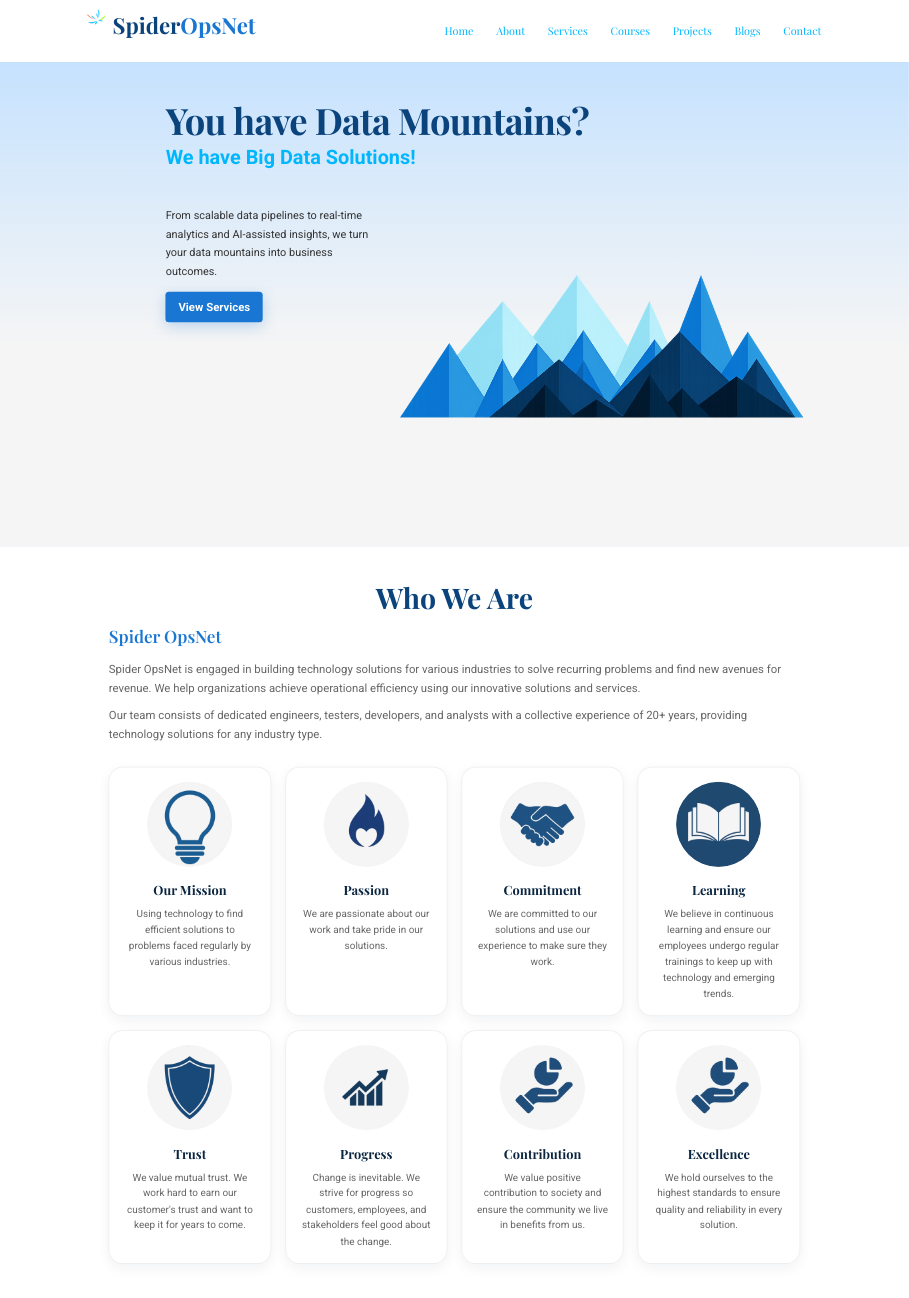
Repository: Yeshwanth-189/spiderOpsNet
Page: / (app in spideropsnet-frontend/)
These files come from the project's save history. The page is drawn as it stood at one moment and after the next save; the edit follows.
The browser window is 1280 px wide. The pictures show the whole page, at 71% of full size.
The project was rebuilt for these pictures with package versions that can differ from the ones it lists, and the page was loaded fresh each time. Also part of the build but not shown: spideropsnet-frontend/vite.config.js.

Above is the page before, as saved 2025-09-04 17:10:46.

### spideropsnet-frontend/index.html
<!DOCTYPE html>
<html lang="en">
  <head>
    <meta charset="UTF-8" />
    <link rel="icon" type="image/svg+xml" href="/spideropsnet.svg" />
    <link
      href="https://fonts.googleapis.com/css2?family=Playfair+Display:wght@400;600;700&family=Roboto:wght@400;500;700&display=swap"
      rel="stylesheet"
    />
    <meta name="viewport" content="width=device-width, initial-scale=1.0" />
    <title>SpiderOpsNet</title>
  </head>
  <body>
    <div id="root"></div>
    <script type="module" src="/src/main.jsx"></script>
  </body>
</html>

### spideropsnet-frontend/src/App.jsx
import "./App.css";
import SpiderOpsNet from "./components/SpiderOpsNet";
import { BrowserRouter as Router, Routes, Route } from "react-router-dom";

function App() {
  return (
    <>
      <Router>
        <Routes>
          <Route path="/" element={<SpiderOpsNet />} />
          {/* <Route path="/overview" element={<Overview />} />
          <Route path="/profession" element={<Profession />} />
          <Route path="/projects" element={<Project />} />
          <Route path="/education" element={<Education />} />
          <Route path="/skills" element={<Skills />} />
          <Route path="/achievements" element={<Awards />} /> */}
        </Routes>
      </Router>
    </>
  );
}

export default App;

### spideropsnet-frontend/src/App.css
:root {
  /* Brand Colors */
  --color-primary: #0b437c; /* Dark Navy Blue */
  --color-secondary: #00b6fd; /* Professional Light Blue */

  /* Backgrounds */
  --color-bg: #ffffff;
  --color-bg-light: #f5f5f5;

  /* Neutral Grays */
  --color-gray-dark: #333333;
  --color-gray-mid: #666666;
  --color-gray-light: #f5f5f5;

  /* Status Colors */
  --color-success: #2e7d32;
  --color-warning: #ed6c02;
  --color-error: #d32f2f;

  /* Typography */
  --font-heading: "Playfair Display", serif;
  --font-body: "Roboto", sans-serif;

  /* Font Sizes (scalable for responsive design) */
  --text-h1: 2.5rem;
  --text-h2: 2rem;
  --text-h3: 1.5rem;
  --text-body: 1rem;
  --text-small: 0.875rem;

  /* Spacing (consistent padding/margin system) */
  --space-xs: 4px;
  --space-sm: 8px;
  --space-md: 16px;
  --space-lg: 24px;
  --space-xl: 32px;

  /* Border Radius */
  --radius-sm: 4px;
  --radius-md: 8px;
  --radius-lg: 16px;

  /* Shadows */
  --shadow-sm: 0 1px 2px rgba(0, 0, 0, 0.05);
  --shadow-md: 0 4px 6px rgba(0, 0, 0, 0.1);
  --shadow-lg: 0 10px 15px rgba(0, 0, 0, 0.15);
}

html,
body {
  margin: 0;
  padding: 0;
}
* {
  box-sizing: border-box;
}
/* Base Typography */
body {
  font-family: var(--font-body);
  font-size: var(--text-body);
  color: var(--color-gray-dark);
  background-color: var(--color-bg);
  margin: 0;
  padding: 0;
}

h1,
h2,
h3,
h4,
h5,
h6 {
  font-family: var(--font-heading);
  color: var(--color-primary);
  margin: 0 0 var(--space-md);
}

p {
  margin: 0 0 var(--space-md);
  color: var(--color-gray-mid);
}

### spideropsnet-frontend/src/components/SpiderOpsNet.jsx
import React from "react";
import Hero from "../components/Hero";
import NavBar from "../components/NavBar";
import About from "../components/About";
// import Experience from "../components/Experience";
// import Communications from "../components/Communications";
import "../styles/SpiderOpsNet.css";

function SpiderOpsNet() {
  return (
    <>
      <NavBar />
      <Hero />
      <About />
      {/* <Experience />
      <Communications /> */}
    </>
  );
}

export default SpiderOpsNet;

### spideropsnet-frontend/src/components/Hero.jsx
import React from "react";
import "../styles//Hero.css";
import DataMountains from "../assets/DataMountains.png";
// eslint-disable-next-line no-unused-vars
import { motion, useReducedMotion } from "framer-motion";

export default function Hero({
  title = "You have Data Mountains?",
  subtitle = "We have Big Data Solutions!",
  paragraph = "From scalable data pipelines to real-time analytics and AI-assisted insights, we turn your data mountains into business outcomes.",
  ctaText = "View Services",
  onCtaClick = () => {},
  imageAlt = "Abstract mountain range representing big data layers",
}) {
  const prefersReducedMotion = useReducedMotion();

  const initial = prefersReducedMotion ? { opacity: 0 } : { opacity: 0, y: 40 };
  const animate = prefersReducedMotion ? { opacity: 1 } : { opacity: 1, y: 0 };
  const transition = prefersReducedMotion
    ? { duration: 0.6, ease: "easeOut" }
    : { duration: 0.9, ease: "easeOut" };
  return (
    <motion.section
      className="hero"
      aria-label="Data Solutions Hero"
      initial={initial}
      animate={animate}
      transition={transition}
    >
      <header className="hero__header">
        <h1 className="hero__title">{title}</h1>
        <h1 className="hero__subtitle">{subtitle}</h1>
      </header>

      <div className="hero__left">
        <p className="hero__paragraph">{paragraph}</p>
        <button className="hero__cta" onClick={onCtaClick} aria-label={ctaText}>
          {ctaText}
        </button>
      </div>

      <figure className="hero__right">
        <img
          className="hero__image"
          src={DataMountains}
          alt={imageAlt}
          loading="eager"
        />
      </figure>
    </motion.section>
  );
}

### spideropsnet-frontend/src/components/NavBar.jsx
import React, { useState } from "react";
import { Link } from "react-router-dom";
import "../styles/NavBar.css";
import SpiderOpsNet from "../assets/SpiderOpsNet.png";

function Navbar() {
  const [isOpen, setIsOpen] = useState(false);

  return (
    <nav className="navbar">
      <div className="navbar-grid">
        <div className="col-1" />

        <div className="col-2to11 navbar-content">
          <div className="navbar-logo">
            <img
              alt="logo"
              className="navbar-logo-image"
              src={SpiderOpsNet}
            ></img>
            <h2>
              <span className="primary"></span>Spider
              <span className="secondary">OpsNet</span>
            </h2>
            <div className="hamburger" onClick={() => setIsOpen(!isOpen)}>
              <span className={isOpen ? "bar rotate-top" : "bar"}></span>
              <span className={isOpen ? "bar fade" : "bar"}></span>
              <span className={isOpen ? "bar rotate-bottom" : "bar"}></span>
            </div>
          </div>

          {/* Links */}
          <div className={`navbar-links ${isOpen ? "open" : ""}`}>
            <Link to="/Home" onClick={() => setIsOpen(false)}>
              Home
            </Link>
            <Link to="/About" onClick={() => setIsOpen(false)}>
              About
            </Link>
            <Link to="/Services" onClick={() => setIsOpen(false)}>
              Services
            </Link>
            <Link to="/Courses" onClick={() => setIsOpen(false)}>
              Courses
            </Link>
            <Link to="/Projects" onClick={() => setIsOpen(false)}>
              Projects
            </Link>
            <Link to="/Blogs" onClick={() => setIsOpen(false)}>
              Blogs
            </Link>
            <Link to="/Contact" onClick={() => setIsOpen(false)}>
              Contact
            </Link>
          </div>
        </div>

        <div className="col-12" />
      </div>
    </nav>
  );
}

export default Navbar;

### spideropsnet-frontend/src/components/About.jsx
import React from "react";
// eslint-disable-next-line no-unused-vars
import { motion } from "framer-motion";
import "../styles/About.css";
import Mission from "../assets/mission.png";
import Passion from "../assets/passion.png";
import Commitment from "../assets/commitment.png";
import Learning from "../assets/learning.png";
import Trust from "../assets/trust.png";
import Progress from "../assets/progress.png";
import Contribution from "../assets/contribution.png";
import Excellence from "../assets/excellence.png";

const aboutItems = [
  {
    title: "Our Mission",
    img: Mission,
    text: "Using technology to find efficient solutions to problems faced regularly by various industries.",
  },
  {
    title: "Passion",
    img: Passion,
    text: "We are passionate about our work and take pride in our solutions.",
  },
  {
    title: "Commitment",
    img: Commitment,
    text: "We are committed to our solutions and use our experience to make sure they work.",
  },
  {
    title: "Learning",
    img: Learning,
    text: "We believe in continuous learning and ensure our employees undergo regular trainings to keep up with technology and emerging trends.",
  },
  {
    title: "Trust",
    img: Trust,
    text: "We value mutual trust. We work hard to earn our customer's trust and want to keep it for years to come.",
  },
  {
    title: "Progress",
    img: Progress,
    text: "Change is inevitable. We strive for progress so customers, employees, and stakeholders feel good about the change.",
  },
  {
    title: "Contribution",
    img: Contribution,
    text: "We value positive contribution to society and ensure the community we live in benefits from us.",
  },
  {
    title: "Excellence",
    img: Contribution,
    text: "We hold ourselves to the highest standards to ensure quality and reliability in every solution.",
  },
];

// Variants for parent container and children
const containerVariants = {
  hidden: { opacity: 0, y: 60 },
  show: {
    opacity: 1,
    y: 0,
    transition: {
      duration: 0.7,
      ease: "easeOut",
      staggerChildren: 0.15, // cards animate one after another
    },
  },
};

const childVariants = {
  hidden: { opacity: 0, y: 40 },
  show: { opacity: 1, y: 0, transition: { duration: 0.6, ease: "easeOut" } },
};

export default function AboutUs() {
  return (
    <section className="about-wrap">
      <div className="about-grid">
        <div className="gutter-left" aria-hidden="true" />

        {/* Animate the whole content */}
        <motion.div
          className="about-content"
          variants={containerVariants}
          initial="hidden"
          whileInView="show"
          viewport={{ once: true, amount: 0.2 }}
        >
          {/* Intro */}
          <motion.header className="about-intro" variants={childVariants}>
            <h1 className="about-title">Who We Are</h1>
            <h2 className="about-subtitle">Spider OpsNet</h2>
            <p className="about-paragraph">
              Spider OpsNet is engaged in building technology solutions for
              various industries to solve recurring problems and find new
              avenues for revenue. We help organizations achieve operational
              efficiency using our innovative solutions and services.
            </p>
            <p className="about-paragraph">
              Our team consists of dedicated engineers, testers, developers, and
              analysts with a collective experience of 20+ years, providing
              technology solutions for any industry type.
            </p>
          </motion.header>

          {/* Cards */}
          <motion.div className="cards-grid" variants={containerVariants}>
            {aboutItems.map((item) => (
              <motion.article
                className="card"
                key={item.title}
                variants={childVariants}
              >
                <div className="card-img-wrap">
                  <img src={item.img} alt={item.title} />
                </div>
                <h3 className="card-title">{item.title}</h3>
                <p className="card-text">{item.text}</p>
              </motion.article>
            ))}
          </motion.div>
        </motion.div>

        <div className="gutter-right" aria-hidden="true" />
      </div>
    </section>
  );
}

### spideropsnet-frontend/src/styles/Hero.css
:root {
  --brand-primary: var(--color-primary, #0a2540); /* Dark Navy */
  --brand-accent: var(--color-accent, #1976d2); /* Light Blue */
  --surface: var(--color-surface, #ffffff);
  --text: var(--color-text, #333333);
  --muted: var(--color-muted, #666666);
  --elev: 24px;
}

/* Grid shell: 12 columns desktop, 4 columns mobile */
.hero {
  --gutter: clamp(12px, 2vw, 24px);
  display: grid;
  grid-template-columns:
    [line1] 1fr /* empty gutter */
    [line2] repeat(10, minmax(0, 1fr)) /* content */
    [line12] 1fr /* empty gutter */
    [line13];
  gap: var(--gutter);
  padding: clamp(32px, 6vw, 80px) var(--gutter);
  background: linear-gradient(180deg, rgb(195, 225, 255), transparent 60%),
    var(--surface);
  color: var(--text);
  margin-top: 5%;
}

.hero__header {
  grid-column: 3 / 12;
}

.hero__title {
  margin: 0 0 8px 0;
  font-size: clamp(28px, 4vw, 56px);
  line-height: 1.1;
  letter-spacing: -0.02em;
  color: var(--brand-primary);
  font-family: "Playfair Display", ui-serif, Georgia, serif;
}

.hero__subtitle {
  margin: 0 0 clamp(16px, 2.5vw, 28px) 0;
  font-size: clamp(18px, 2.2vw, 28px);
  line-height: 1.2;
  color: var(--color-secondary);
  font-family: Roboto, system-ui, -apple-system, Segoe UI, "Helvetica Neue",
    Arial, sans-serif;
}

.hero__left {
  grid-column: 3 / 6;
  align-self: start;
}

.hero__paragraph {
  margin: 0 0 16px 0;
  font-size: clamp(14px, 1.2vw, 18px);
  line-height: 1.7;
  color: var(--color-gray-dark);
}

.hero__cta {
  appearance: none;
  border: none;
  cursor: pointer;
  padding: 12px 18px;
  border-radius: 5px;
  background: var(--brand-accent);
  color: #fff;
  font-weight: 600;
  font-size: 16px;
  box-shadow: 0 6px 20px rgba(25, 118, 210, 0.25);
  transition: transform 120ms ease, box-shadow 120ms ease, filter 120ms ease;
}

.hero__cta:hover {
  transform: translateY(-1px);
  box-shadow: 0 10px 28px rgba(25, 118, 210, 0.35);
}

.hero__cta:active {
  transform: translateY(0);
  filter: brightness(0.96);
}

/* Right block: lines 6 → 12 (i.e., cols 6–11 inclusive) */
.hero__right {
  grid-column: 6 / 12;
  margin: 0;
}

.hero__image {
  width: 100%;
  height: auto;
  display: block;
}

/* Responsive: switch to 4-column grid on mobile */
@media (max-width: 767.98px) {
  .hero {
    grid-template-columns:
      [m1] 1fr /* empty */
      [m2] repeat(2, minmax(0, 1fr)) /* content */
      [m4] 1fr /* empty */
      [m5];
  }

  .hero__header,
  .hero__left,
  .hero__right {
    grid-column: 2 / 4; /* span the two content columns */
  }

  .hero__right {
    order: 3;
  }
  .hero__left {
    order: 2;
  }
  .hero__header {
    order: 1;
  }
}

/* Prefers-reduced-motion respect */
@media (prefers-reduced-motion: reduce) {
  .hero__cta {
    transition: none;
  }
}

### spideropsnet-frontend/src/styles/NavBar.css
.navbar {
  position: fixed;
  width: 100%;
  background-color: var(--color-bg);
  z-index: 999;
  padding: 12px 0;
}

.navbar-grid {
  display: grid;
  grid-template-columns: repeat(12, 1fr);
  align-items: center;
  max-width: 1400px;
  margin: 0 auto;
  padding: 0 20px;
}

.col-1 {
  grid-column: 1 / 2;
}

.col-2to11 {
  grid-column: 2 / 12;
  display: flex;
  justify-content: space-between;
  align-items: center;
}

.col-12 {
  display: none;
}

/* Left: Logo */
.navbar-logo {
  font-family: "Playfair Display", serif;
  font-size: 1.3rem;
  color: var(--color-primary);
  display: flex;
  justify-content: flex-start;
  align-items: flex-start;
  gap: 10px;
  width: 100%;
}

.navbar-logo-image {
  width: 5%;
}

.primary {
  color: #0a2540;
}

.secondary {
  color: #1976d2;
}

/* Right: Links */
.navbar-links {
  display: flex;
  gap: 32px;
  font-family: "Playfair Display", serif;
  font-size: 0.95rem;
}

.navbar-links a {
  color: var(--color-secondary);
  text-decoration: none;
  transition: color 0.3s ease;
  position: relative;
}

.navbar-links a:hover {
  color: --color-primary;
}

.navbar-links a::after {
  content: "";
  display: block;
  height: 2px;
  width: 0;
  background-color: var(--color-secondary);
  transition: width 0.3s ease;
  position: absolute;
  bottom: -4px;
  left: 0;
}

.navbar-links a:hover::after {
  width: 100%;
}
.hamburger {
  display: none;
  flex-direction: column;
  justify-content: center;
  align-items: flex-end;
  gap: 5px;
  margin-left: auto;
  cursor: pointer;
  z-index: 1000;
}

.bar {
  width: 22px;
  height: 3px;
  background-color: var(--color-primary);
  transition: all 0.3s ease;
}

.rotate-top {
  transform: rotate(45deg) translateY(8px);
}

.fade {
  opacity: 0;
}

.rotate-bottom {
  transform: rotate(-45deg) translateY(-8px);
}

/* Responsive */
@media screen and (max-width: 768px) {
  .navbar-grid {
    grid-template-columns: 1fr;
  }

  .col-2to11 {
    flex-direction: column;
    gap: 14px;
    grid-column: span 12;
  }

  .navbar-logo {
    font-size: 1.1rem;
  }

  .navbar-logo-image {
    width: 10%;
  }

  .navbar-links {
    flex-direction: column;
    gap: 12px;
  }
  @media screen and (max-width: 768px) {
    .hamburger {
      margin-top: 5%;
      display: flex;
    }
    .navbar {
      top: 0;
      border-bottom: 1px solid #0a2540;
    }

    .navbar-links {
      display: none;
      flex-direction: column;
      gap: 16px;
      margin-top: 1rem;
      width: 100%;
    }

    .navbar-links.open {
      display: flex;
      animation: fadeIn 0.3s ease-in-out;
    }
  }

  @keyframes fadeIn {
    from {
      opacity: 0;
      transform: translateY(-10px);
    }
    to {
      opacity: 1;
      transform: translateY(0);
    }
  }
}

### spideropsnet-frontend/src/styles/About.css
/* Optional: inherit brand tokens if you already have variables.css */
:root {
  --brand-navy: #0a2540; /* Primary */
  --brand-blue: #1976d2; /* Secondary */
  --bg: #ffffff;
  --text-dark: #333333;
  --text-mid: #666666;
  --surface: #f5f5f5;
}

/* Layout wrapper */
.about-wrap {
  background: var(--bg);
  color: var(--text-dark);
  width: 100%;
}

/* 12-column grid with hidden 1st & 12th columns */
.about-grid {
  display: grid;
  grid-template-columns: repeat(12, minmax(0, 1fr));
  gap: 0; /* outer grid has no gap; inner content controls spacing */
  max-width: 1200px;
  margin: 0 auto;
  padding: 48px 16px;
}

.gutter-left,
.gutter-right {
  display: none; /* explicitly hidden */
}

/* Content spans columns 2–11 */
.about-content {
  grid-column: 2 / 12;
}

/* Intro block */
.about-intro {
  margin-bottom: 32px;
}

.about-title {
  font-family: "Playfair Display", Georgia, serif;
  font-weight: 700;
  font-size: clamp(28px, 4vw, 40px);
  color: var(--color-primary);
  margin: 0 0 8px 0;
  line-height: 1.2;
  text-align: center;
  width: 100%;
  margin: 0 auto 12px auto;
}

.about-subtitle {
  font-family: "Playfair Display", Georgia, serif;
  font-weight: 600;
  font-size: clamp(18px, 2.5vw, 24px);
  color: var(--brand-blue);
  margin: 0 0 16px 0;
}

.about-paragraph {
  font-family: "Roboto", system-ui, -apple-system, Segoe UI, Arial, sans-serif;
  font-size: 16px;
  line-height: 1.65;
  color: var(--text-mid);
  margin: 0 0 12px 0;
}

/* Cards grid: makes 4 on top, 3 on bottom naturally with 7 items */
.cards-grid {
  display: grid;
  grid-template-columns: repeat(4, minmax(0, 1fr));
  gap: 20px;
}

/* Card */
.card {
  background: #fff;
  border: 1px solid rgba(10, 37, 64, 0.08);
  border-radius: 20px;
  padding: 20px;
  box-shadow: 0 6px 18px rgba(10, 37, 64, 0.06);
  display: flex;
  flex-direction: column;
  align-items: center;
  text-align: center;

  /* subtle hover */
  transition: transform 240ms ease, box-shadow 240ms ease,
    border-color 240ms ease;
}

.card:hover {
  transform: translateY(-4px);
  box-shadow: 0 10px 24px rgba(10, 37, 64, 0.1);
  border-color: rgba(25, 118, 210, 0.25);
}

.card-img-wrap {
  width: 120px;
  height: 120px;
  border-radius: 50%;
  background: var(--surface);
  display: grid;
  place-items: center;
  margin-bottom: 14px;
  overflow: hidden;
}

.card-img-wrap img {
  width: 100%;
  height: 100%;
  object-fit: cover;
}

.card-title {
  font-family: "Playfair Display", Georgia, serif;
  font-size: 18px;
  font-weight: 700;
  color: var(--brand-navy);
  margin: 6px 0 8px 0;
}

.card-text {
  font-family: "Roboto", system-ui, -apple-system, Segoe UI, Arial, sans-serif;
  font-size: 14px;
  color: var(--text-mid);
  line-height: 1.6;
  margin: 0;
}

/* Load-in animation */
.fade-up {
  opacity: 0;
  transform: translateY(16px);
  animation: fadeUp 600ms ease-out forwards;
}

@keyframes fadeUp {
  to {
    opacity: 1;
    transform: translateY(0);
  }
}

/* Responsive tweaks */
@media (max-width: 1024px) {
  .cards-grid {
    grid-template-columns: repeat(3, minmax(0, 1fr));
  }
}

@media (max-width: 768px) {
  .about-grid {
    padding: 32px 14px;
  }
  .cards-grid {
    grid-template-columns: repeat(2, minmax(0, 1fr));
  }
}

@media (max-width: 480px) {
  .cards-grid {
    grid-template-columns: 1fr;
  }
}

Loaded but not shown: spideropsnet-frontend/src/main.jsx (common file); spideropsnet-frontend/src/index.css (common file); spideropsnet-frontend/src/styles/SpiderOpsNet.css (no stored copy; drawn as an empty file)

After the next save:
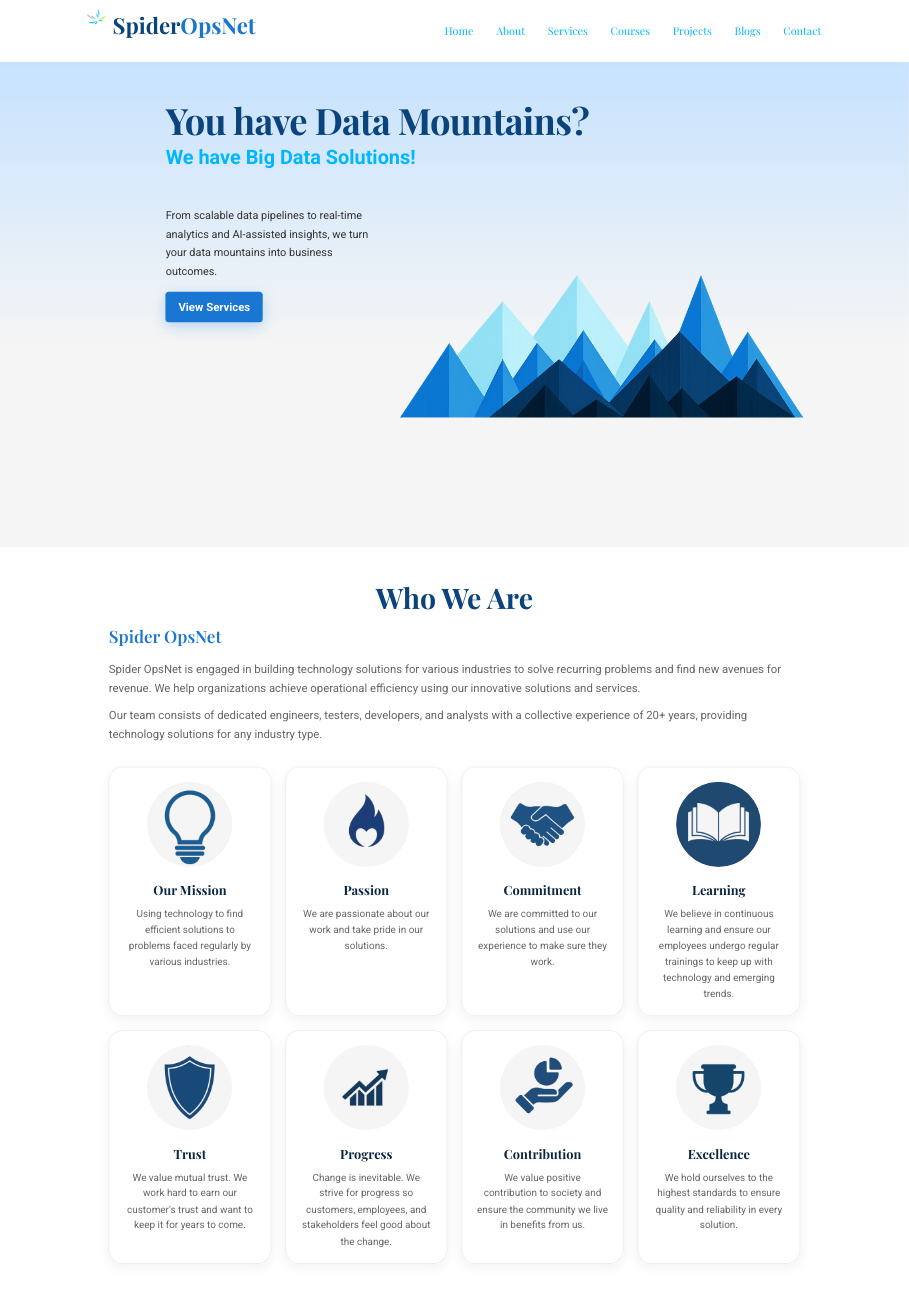
Saved 15 s later.
--- a/spideropsnet-frontend/src/components/About.jsx
+++ b/spideropsnet-frontend/src/components/About.jsx
@@ -49,7 +49,7 @@ const aboutItems = [
   },
   {
     title: "Excellence",
-    img: Contribution,
+    img: Excellence,
     text: "We hold ourselves to the highest standards to ensure quality and reliability in every solution.",
   },
 ];
